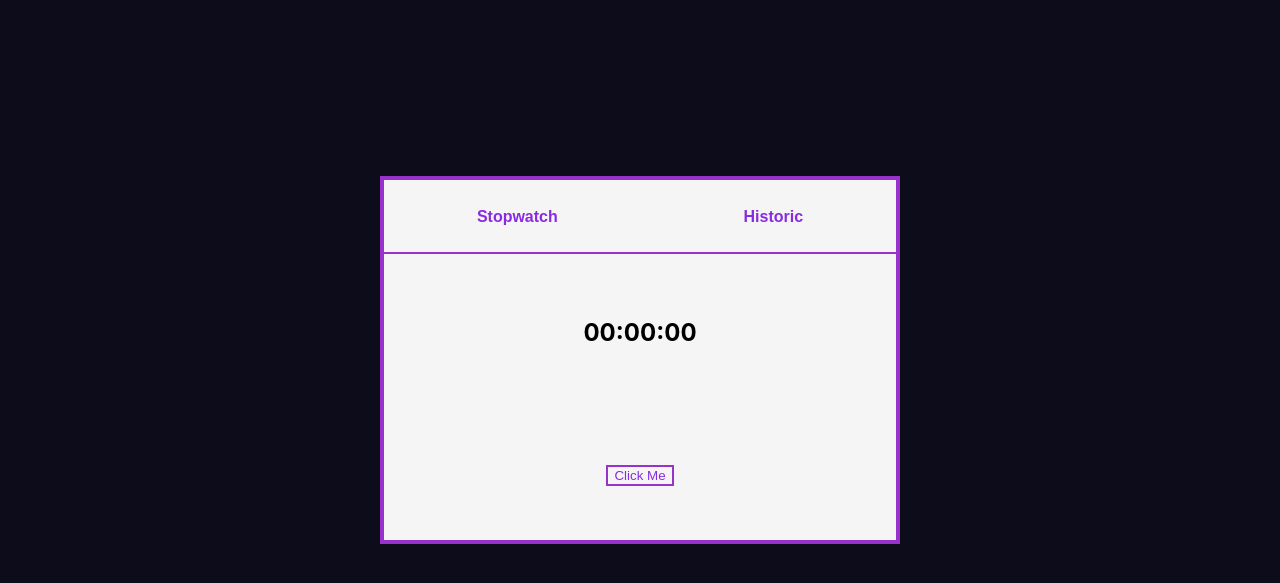
Repository: NicolasRSJ/fastdoubleclick
Page: /
The author's editor kept a copy of each file at every save. The page is drawn from the files as they stood at one save, then again after the next save.
The browser window is 1280 px wide. The pictures show the whole page.
The project was rebuilt for these pictures with package versions that can differ from the ones it lists, and the page was loaded fresh each time.

Above is the page before, as saved 2022-10-27 20:38:33.

### src/App.js
import './App.css';
import { Stopwatch } from './Views/Stopwatch/Index';


function App() {
  return (
    <div className="App">
      <Stopwatch/>
    </div>
  );
}

export default App;

### src/App.css
.App {
  background-color: #0d0c1b;
  width: 100vw;
  height: 100vh;
  display: flex;
  flex-direction: column;
  align-items: center;
  justify-content: center;
  text-align: center;
}

### src/Views/Stopwatch/Index.jsx
import React, { useState, useEffect } from 'react'
import "./Index.css"

export const Stopwatch = () => {

    const [ time, setTimer ] = useState(0)
    const [ start, setStart ] = useState(false)

    useEffect(() => {
        let interval = null;

        if(start) {
            interval = setInterval(() => {
                setTimer(prevTime => prevTime + 10)
            }, 10);
        }else {
            clearInterval(interval);
        }

        return () => clearInterval(interval)
    }, [start])

  return (
    <div className="container">
        <nav className="navigation">
            <p><a href='/'>Stopwatch</a></p>
            <p><a href='/historic'>Historic</a></p>
        </nav>
        <section className="contents">
            <h1>
                <span>{("0" + Math.floor((time / 60000) % 60)).slice(-2)}:</span>
                <span>{("0" + Math.floor((time / 1000) % 60)).slice(-2)}:</span>
                <span>{("0" + (time / 10) % 1000).slice(-2)}</span>
            </h1>
            <button onClick={() => {setStart(true)}}>Click Me</button>
        </section>
    </div>
  )
}

### src/Views/Stopwatch/Index.css
.container {
    width: 40%;
    height: 50vh;
    display: flex;
    flex-direction: column;
    background-color: whitesmoke;
    border: 4px solid darkorchid;
}

.navigation {
    width: 100%;
    height: 20%;
    display: flex;
    align-items: center;
    justify-content: space-around;
    border-bottom: 2px solid darkorchid;
}

.navigation p a {
    font-size: medium;
    font-weight: 600;
    text-decoration: none;
    font-family: sans-serif;
    color: blueviolet;
}

.contents {
    width: 100%;
    height: 80%;
    display: flex;
    align-items: center;
    justify-content: space-around;
    flex-direction: column;
}

.contents button {
    border: 2px solid darkorchid;
    width: auto;
    height: auto;
    margin: 10px;
    background-color: whitesmoke;
    color: blueviolet;
}

Loaded but not shown: public/index.html (common file); src/index.js (common file); src/index.css (common file); src/reportWebVitals.js (common file)

After the next save:
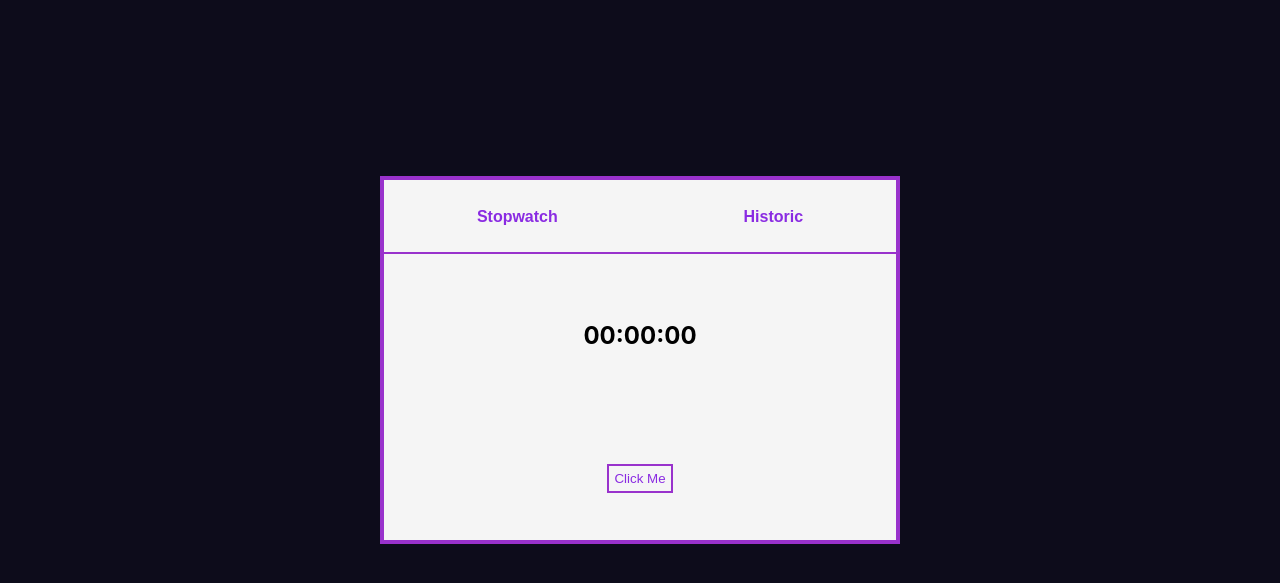
Saved 38 s later.
--- a/src/Views/Stopwatch/Index.css
+++ b/src/Views/Stopwatch/Index.css
@@ -37,7 +37,7 @@
     border: 2px solid darkorchid;
     width: auto;
     height: auto;
-    margin: 10px;
+    padding: 5px;
     background-color: whitesmoke;
     color: blueviolet;
 }
